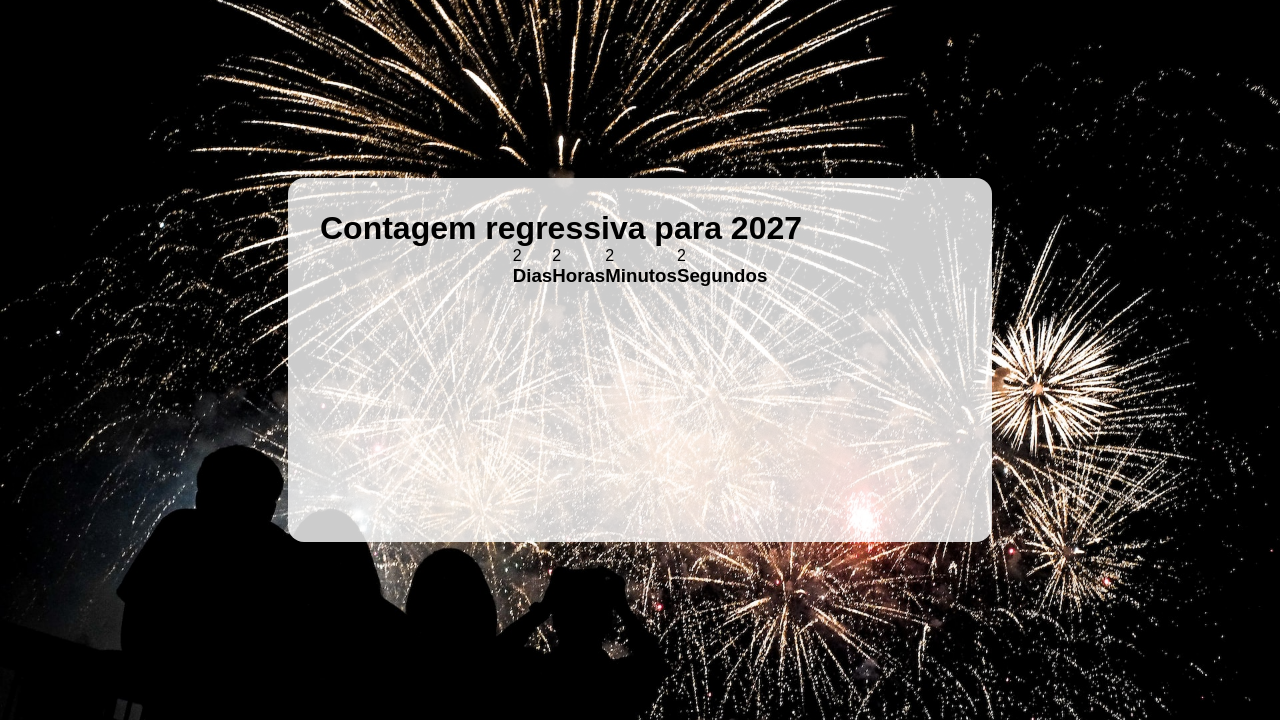
Repository: Bitroia/countdown_timer
Page: / (app in countdown/)
The author's editor kept a copy of each file at every save. The page is drawn from the files as they stood at one save, then again after the next save.
The browser window is 1280 px wide. The pictures show the whole page.
The project was rebuilt for these pictures with package versions that can differ from the ones it lists, and the page was loaded fresh each time. Also part of the build but not shown: countdown/vite.config.js.

Above is the page before, as saved 2026-07-07 19:09:00.

### countdown/index.html
<!doctype html>
<html lang="en">
  <head>
    <meta charset="UTF-8" />
    <link rel="icon" type="image/svg+xml" href="/favicon.svg" />
    <meta name="viewport" content="width=device-width, initial-scale=1.0" />
    <title>countdown</title>
  </head>
  <body>
    <div id="root"></div>
    <script type="module" src="/src/main.jsx"></script>
  </body>
</html>

### countdown/src/index.css
* {
  margin: 0;
  padding: 0;
  font-family: Arial, Helvetica, sans-serif;

}

body {
  min-height: 100vh;
}

### countdown/src/App.jsx
import "./App.css";
import Title from "./components/Title";
import Counter from "./components/Counter";
import NewYear from "./assets/newyear.jpg";

function App() {
  return (

    <div className="app" style={{ backgroundImage: `url(${NewYear})` }}>
      <div className="container">
        <Title title="Contagem regressiva para 2027" />
        <div className="countdown-container">
          <Counter title="Dias" number={2} />
          <Counter title="Horas" number={2} />
          <Counter title="Minutos" number={2} />
          <Counter title="Segundos" number={2} />
        </div>
      </div>
    </div>
  );
}

export default App;

### countdown/src/App.css
.app {
  min-height: 100vh;
  background-size: cover;
  background-position: center;
  display: flex;
  justify-content: center;
  align-items: center;
}

.container {
  min-width: 50%;
  min-height: 300px;
  background-color: rgba(255, 255, 255, 0.8);
  padding: 2rem;
  border-radius: 1rem;
}

.countdown-container {
  display: flex;
  justify-content: center;
  align-items: center;
  hei
}

### countdown/src/components/Title.jsx
import React from 'react'

const Title = ({title}) => {
  return (
    <h1>{title}</h1>
  )
}

export default Title

### countdown/src/components/Counter.jsx
import React from "react";

const Counter = ({ title, number }) => {
  return (
    <div className="counter">
      <p className="counter-number">{number}</p>
      <h3 className="counter-text">{title}</h3>
    </div>
  );
};

export default Counter;

Loaded but not shown: countdown/src/main.jsx (common file)

After the next save:
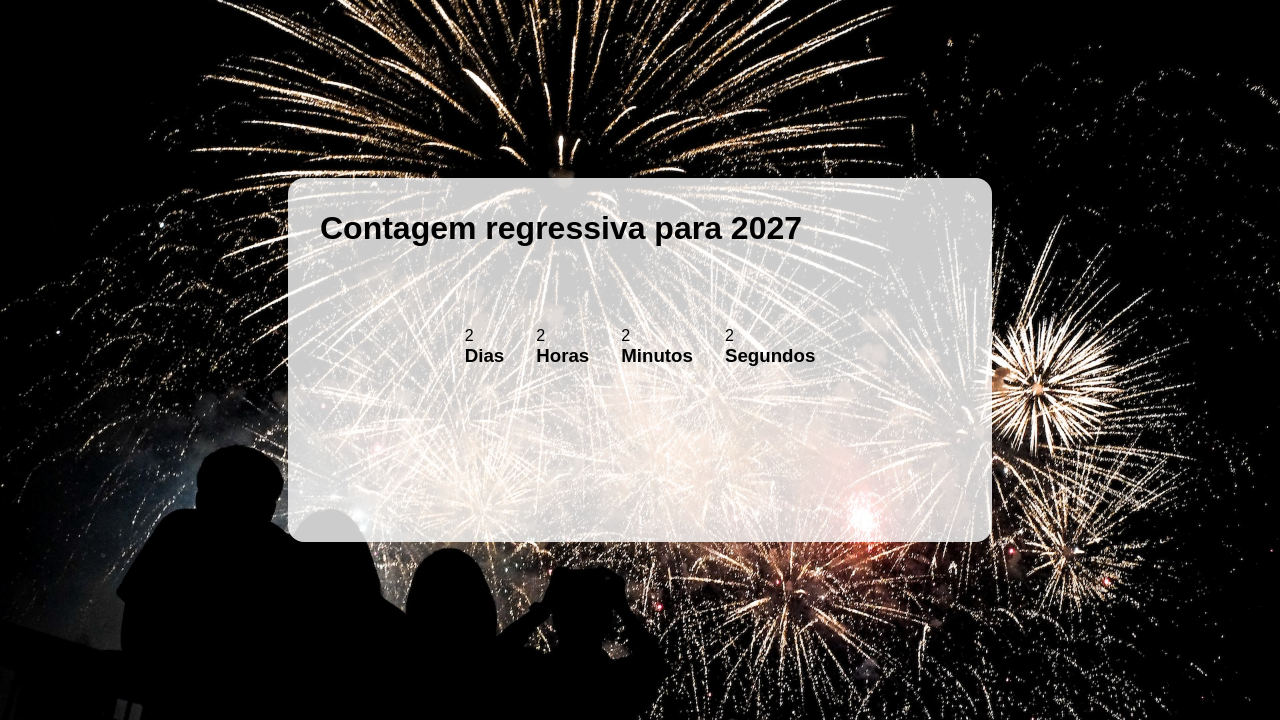
Saved 8 s later.
--- a/countdown/src/App.css
+++ b/countdown/src/App.css
@@ -19,5 +19,6 @@
   display: flex;
   justify-content: center;
   align-items: center;
-  hei
+  height: 200px;
+  gap: 2rem;
 }
